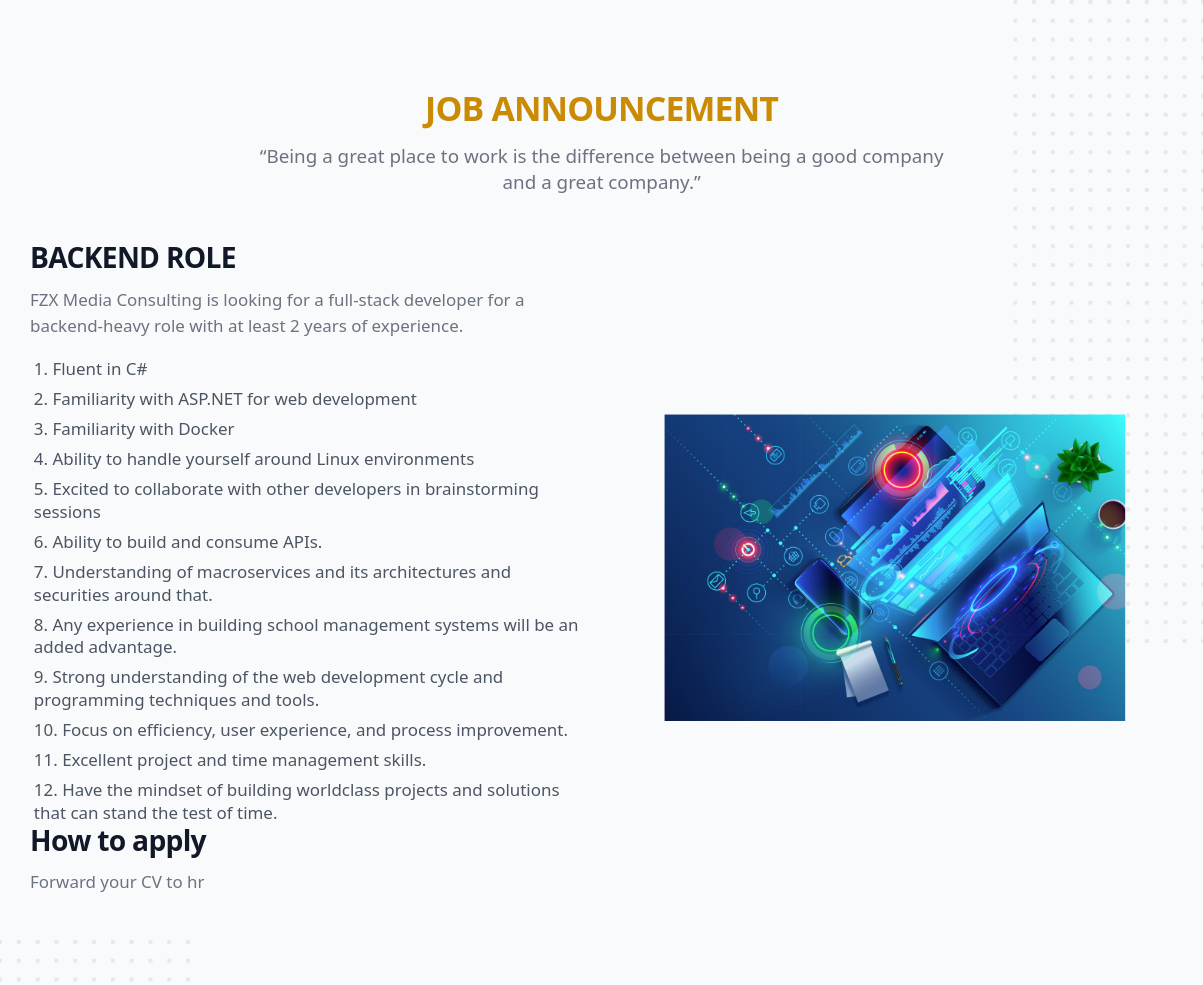
Repository: emorilebo/invotec
Page: /jobs
An editor plug-in stored every save of this project. The page is shown before and after a run of saves, followed by the edit.
The browser window is 1280 px wide. The pictures show the whole page, at 94% of full size.
The project was rebuilt for these pictures with package versions that can differ from the ones it lists, and the page was loaded fresh each time. The framework's server and built-in components were replaced by stand-ins that run in the browser. Also part of the build but not shown: next.config.js.

Above is the page before, as saved 2022-12-07 11:33:54.

After the next 4 saves:
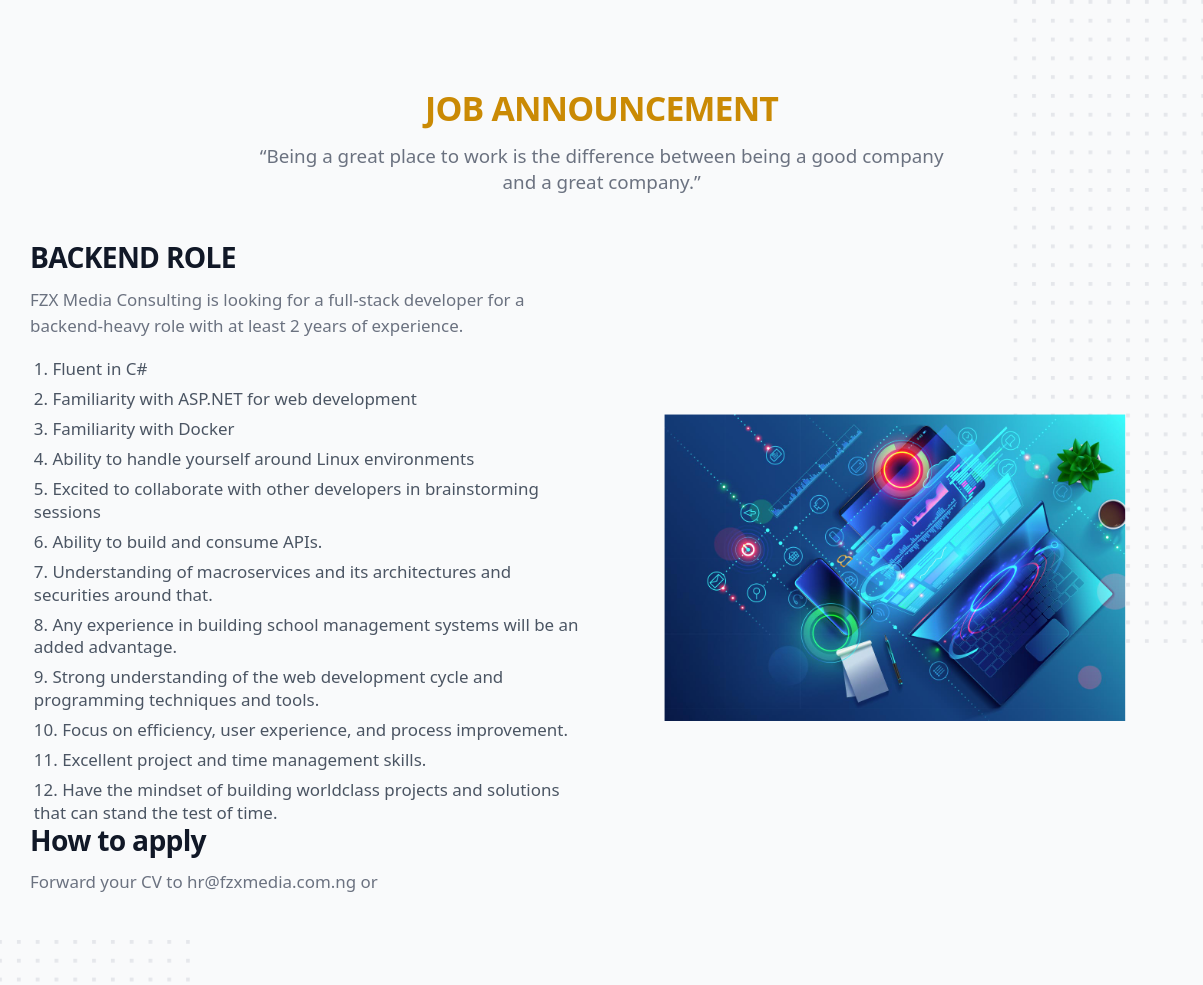
The 4 saves are shown as one change because they came seconds apart.
The last was saved 11 s later.
--- a/pages/jobs.tsx
+++ b/pages/jobs.tsx
@@ -185,7 +185,7 @@ function jobs() {
               How to apply
             </h3>
             <p className="mt-3 text-lg text-gray-500">
-              Forward your CV to hr
+              Forward your CV to hr@fzxmedia.com.ng or
             </p>
 
           </div>
